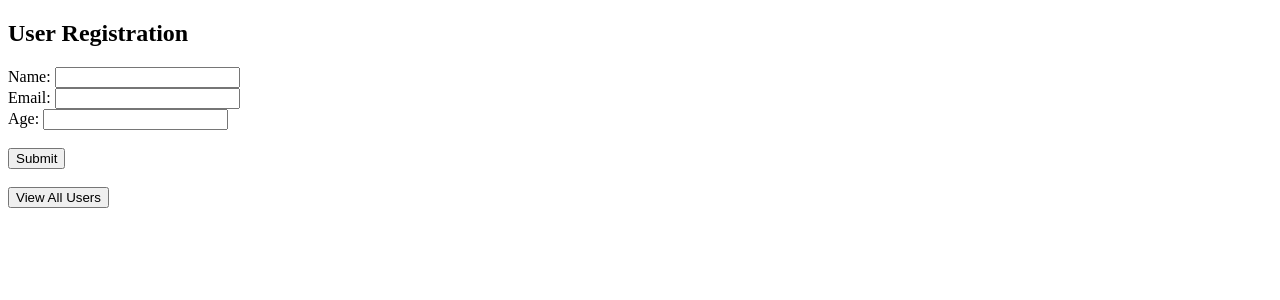
Repository: ttspeaker88/Java_web_China
Page: 6_MySQL/MySQL_user_management_06/src/main/webapp/user_form.html
The author's editor kept a copy of each file at every save. The page is drawn from the files as they stood at one save, then again after the next save.
The browser window is 1280 px wide. The pictures show the whole page.

Above is the page before, as saved 2024-11-03 10:39:09.

After the next save:
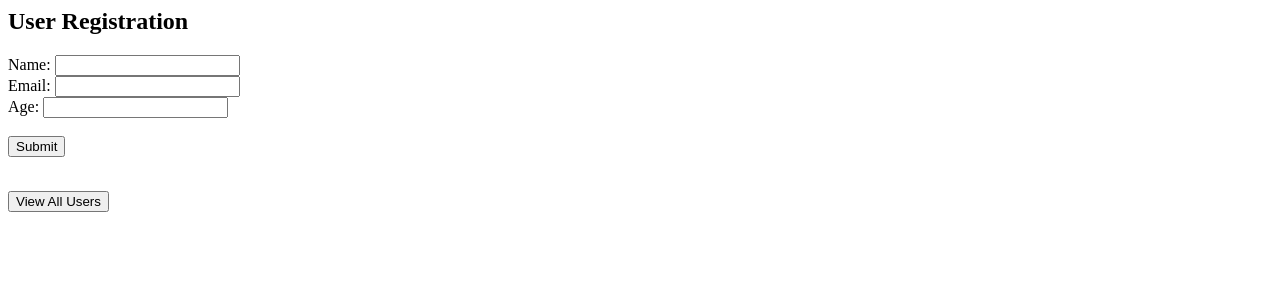
Saved 90 s later.
--- a/6_MySQL/MySQL_user_management_06/src/main/webapp/user_form.html
+++ b/6_MySQL/MySQL_user_management_06/src/main/webapp/user_form.html
@@ -1,4 +1,3 @@
-<!DOCTYPE html>
 <html>
 <head>
     <title>User Form</title>
